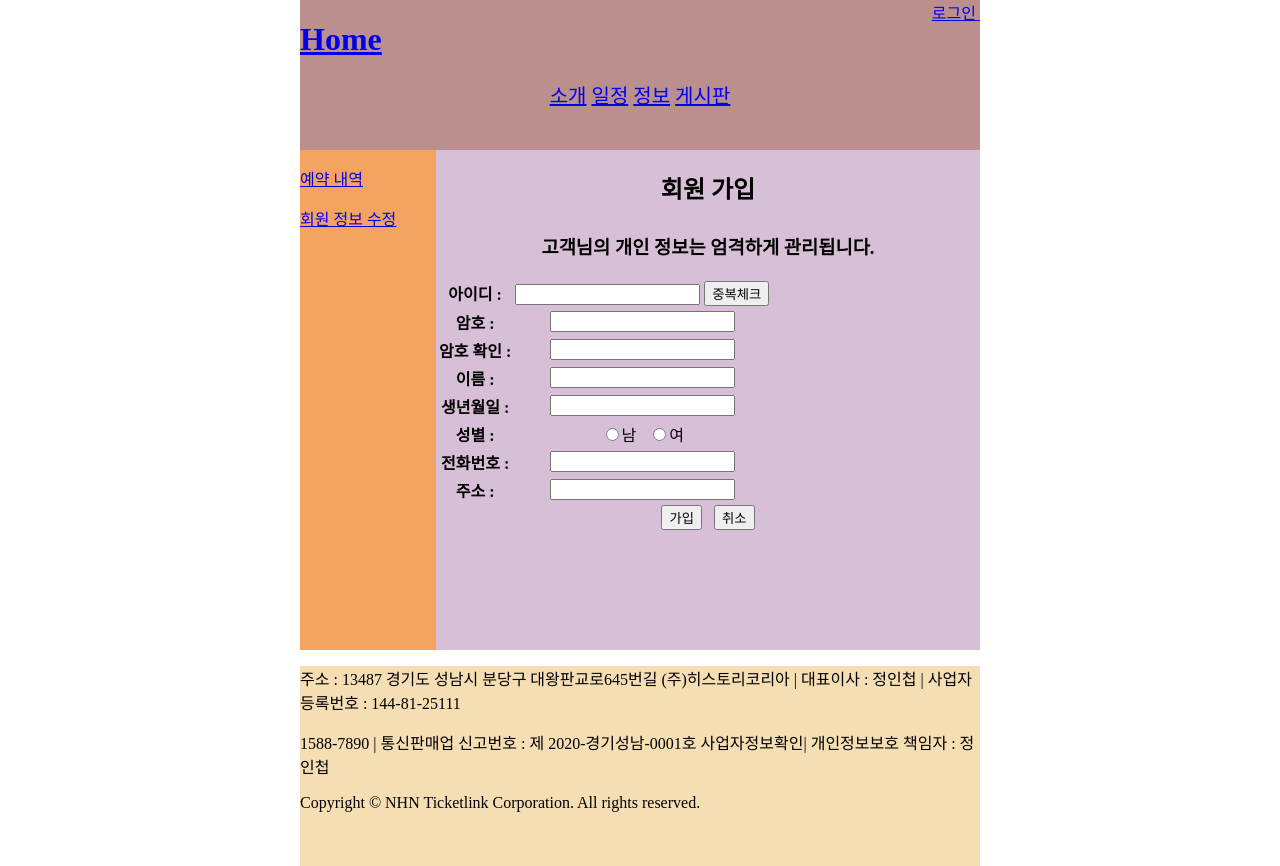
Repository: dlscjq34/JSP_historyTour
Page: http://localhost/HistoryTour/WEB-INF/views/member/joinMember.jsp
These files come from the project's save history. The page is drawn as it stood at one moment and after the next save; the edit follows.
The browser window is 1280 px wide. The pictures show the whole page.
The page is served by Tomcat 9. Nobody is signed in. Other server files are loaded and not shown. The template is opened directly, without the code that normally fills it, so the values that code supplies are empty.

Above is the page before, as saved 2020-12-21 03:39:03.

### HistoryTour/WebContent/WEB-INF/views/member/joinMember.jsp
<%@ page language="java" contentType="text/html; charset=UTF-8"
    pageEncoding="UTF-8"%>
<!DOCTYPE html>
<html lang="en">
<head>
    <jsp:include page="/WEB-INF/views/include/head.jsp" />
    <link rel="stylesheet" href="css/joinMember.css">
</head>
<body>
    <!-- <header> -->
    <jsp:include page="/WEB-INF/views/include/header.jsp" />


    <!-- center = <aside> + <article> -->
    <div class="center">
        <aside>
            <p><a href="ticket.do">예약 내역</a></p>
            <p><a href="editMember.do">회원 정보 수정</a></p>
        </aside>

        <article>
            <h1>회원 가입</h1>
                <form action="joinMemberPro.do" method="post" name="frm" onsubmit="return lenCheck()">

                    <h3>고객님의 개인 정보는 엄격하게 관리됩니다.</h3>
                    <table>
	               		<tr>
	               			<th>아이디 :
	               			<td><input type="text" name="id" id="id" />
	               				<input type="button" onclick="dupCheck()" value="중복체크">
	               		</tr>
	               		<tr>
	               			<th>암호 :
	               			<td><input type="password" name="pswd1" id="pswd1" required/>
	               		</tr>
	               		<tr>
	               			<th>암호 확인 :
	               			<td><input type="password" name="pswd2" id="pswd2" required onkeyup="pwCheck()"/>
	               				<span id="pwStatus"></span>
	               		</tr>
	               		<tr>
	               			<th>이름 :
	               			<td><input type="text" name="name" id="name" required/>
	               		</tr>
	               		<tr>
	               			<th>생년월일 :
	               			<td><input type="text" name="birth" id="birth" required/>
	               		</tr>
	               		<tr>
	               			<th>성별 :
	               			<td><input type="radio" name="gender" id="man" value="1" required />남 &nbsp;
	               				<input type="radio" name="gender" id="woman" value="2" required />여
	               		</tr>
	               		<tr>
	               			<th>전화번호 :
	               			<td><input type="text" name="tel" id="tel" required>
	               		</tr>
	               		<tr>
	               			<th>주소 :
	               			<td><input type="text" name="address" id="address" required>
	               		</tr>
               		</table>
                <input type="submit" name="enroll" class="enroll" value="가입"> &nbsp;
                <input type="reset" value="취소">
                </form>
        </article>
    </div>


    <!-- <footer> -->
    <jsp:include page="/WEB-INF/views/include/footer.jsp" />

</body>

<script>
	function dupCheck() {
		let id = document.frm.id.value;
		if(id == '') {
			alert("아이디를 입력하세요");
			document.frm.id.focus();
			return;
		}
		window.open('joinCheck.do?id='+id, 'joinCheck', 'width=600, height=300');
	}

	function lenCheck() {
		let id = document.frm.id.value.trim();

		if(!(id.length >= 3 && id.length <=12)) {
			alert("아이디는 3에서 12글자만 입력 가능합니다.");
			document.frm.id.select();
			return false;
		}
	}

	function pwCheck() {
		pw1 = document.frm.pswd1.value;
		pw2 = document.frm.pswd2.value;
		pwStatus = document.getElementById("pwStatus");

		if(pw1 == pw2) {
			pwStatus.innerHTML = "패스워드 확인";
			pwStatus.style.color = "blue"
		}
		else {
			pwStatus.innerHTML = "패스워드 틀림";
			pwStatus.style.color = "red"
		}
	}

/* 	<tr>
		<th>암호 :
		<td><input type="password" name="pswd1" id="pswd1" required/>
	</tr>
	<tr>
		<th>암호 확인 :
		<td><input type="password" name="pswd2" id="pswd2" required onkeyup="pwCheck()"/>
			<span class="pwStatus"></span>
	</tr> */
</script>

</html>

### HistoryTour/WebContent/WEB-INF/views/include/head.jsp
<%@ page language="java" contentType="text/html; charset=UTF-8"
    pageEncoding="UTF-8"%>
<meta charset="UTF-8">
<meta name="viewport" content="width=device-width, initial-scale=1.0">
<title>Document</title>
<link rel="stylesheet" href="css/common.css">

### HistoryTour/WebContent/WEB-INF/views/include/header.jsp
<%@ page language="java" contentType="text/html; charset=UTF-8"
    pageEncoding="UTF-8"%>
<%@ taglib prefix="c" uri="http://java.sun.com/jsp/jstl/core" %>
<%
	//쿠키에 아이디가 있으면 세션으로 빼온다.
	Cookie[] cookies = request.getCookies();

	if (cookies != null) {
		for(Cookie cookie : cookies) {
			if(cookie.getName().equals("id")) {
				String id = cookie.getValue();
				session.setAttribute("id", id);
			}
		}
	}

	String id = (String)session.getAttribute("id");
%>

<header>
    <div class="home-line">
        <h1><a href="index.do">Home</a></h1>
        <!-- 세션으로 빼온 아이디가 있으면 -->
<%
			if (id != null) {
%>
        		${ id } 님 반갑습니다.&nbsp;
        		<a href="myPage.do">마이페이지</a>&nbsp;
        		<a href="logoutPro.do">로그아웃</a>
<%
			} else {
%>
        	<!-- 세션으로 빼온 아이디가 없으면 -->
        		 <a href="login.do">로그인&nbsp;</a>
<%
			}
%>

    </div>
    <div class="menu">
        <a href="intro.do">소개</a>
        <a href="schedule.do">일정</a>
        <a href="information.do">정보</a>
        <a href="board.do">게시판</a>
    </div>
</header>

### HistoryTour/WebContent/WEB-INF/views/include/footer.jsp
<%@ page language="java" contentType="text/html; charset=UTF-8"
    pageEncoding="UTF-8"%>
<footer>
    <p>주소 : 13487 경기도 성남시 분당구 대왕판교로645번길 (주)히스토리코리아 | 대표이사 : 정인첩 | 사업자등록번호 : 144-81-25111</p>
    <p>1588-7890 |  통신판매업 신고번호 : 제 2020-경기성남-0001호 사업자정보확인| 개인정보보호 책임자 : 정인첩</p>
    <p>Copyright © NHN Ticketlink Corporation. All rights reserved.</p>
</footer>

### HistoryTour/WebContent/css/common.css
body {
  grid-template-columns: 1fr 1fr;
  box-sizing: border-box;
  margin: 0 300px;
}

/* header ----------------------------------------------- */

header {
  background: rosybrown;
  height: 150px;
}
header .home-line {
  display: flex;
}
header .home-line h1 {
  flex: 1;
}
header .menu {
  text-align: center;
  font-size: 20px;
}

/* <aside> <article> ----------------------------------------------- */

.center {
  display: flex;
  height: 500px;
  background: turquoise;
}
.center aside {
  background: sandybrown;
  flex: 2;
}
.center article {
  background: thistle;
  flex: 8;
  text-align: center;
}


/* footer ----------------------------------------------- */

footer {
  background: wheat;
  height: 200px;
}

### HistoryTour/WebContent/css/joinMember.css

.center article form fieldset input{
  margin: 1% 0;
}
.center article form  {
  position: relative;
  margin-top: 5%;
  padding: auto;
  /* width: 100px;
  font-size: 20px; */
}

After the next save:
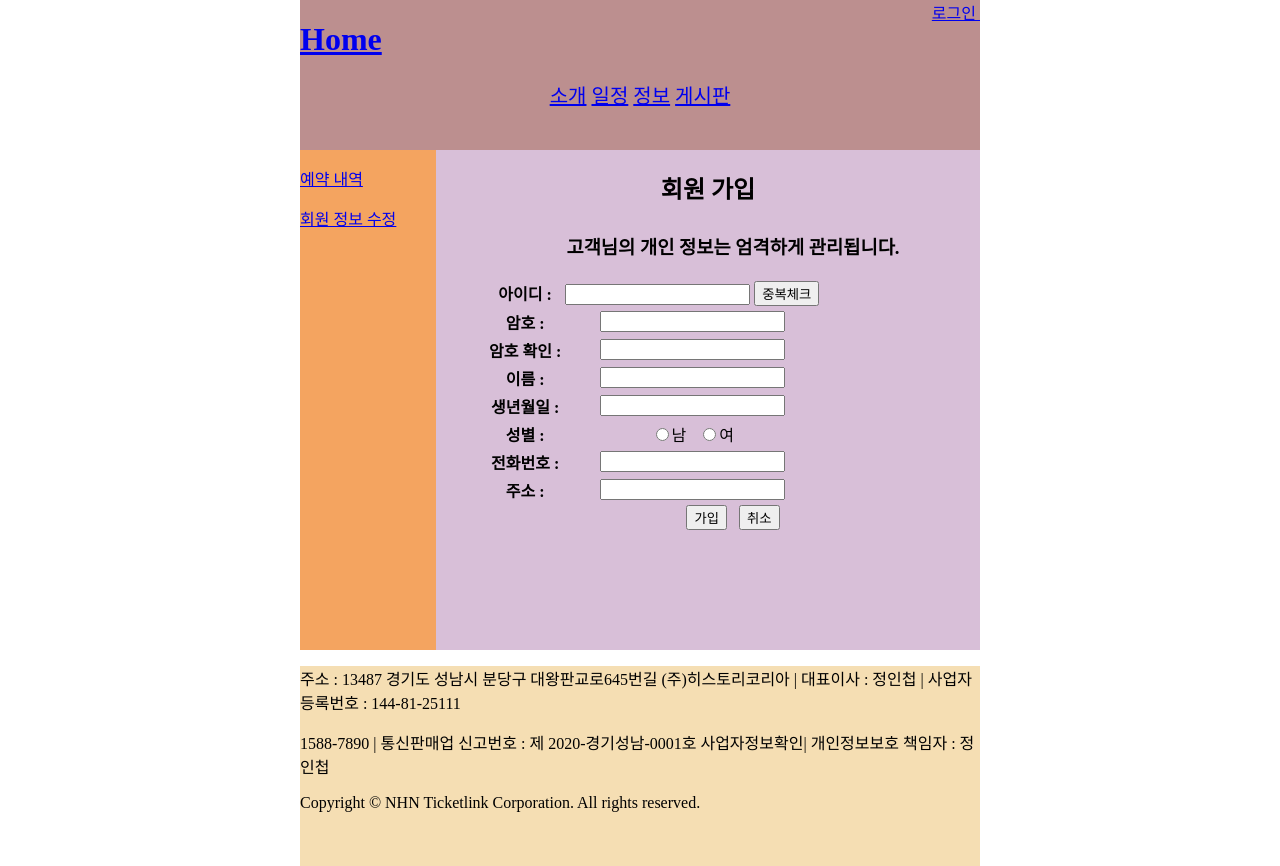
Saved 27 s later.
--- a/HistoryTour/WebContent/css/joinMember.css
+++ b/HistoryTour/WebContent/css/joinMember.css
@@ -5,7 +5,7 @@
 .center article form  {
   position: relative;
   margin-top: 5%;
-  padding: auto;
+  padding-left: 50px;
   /* width: 100px;
   font-size: 20px; */
 }
